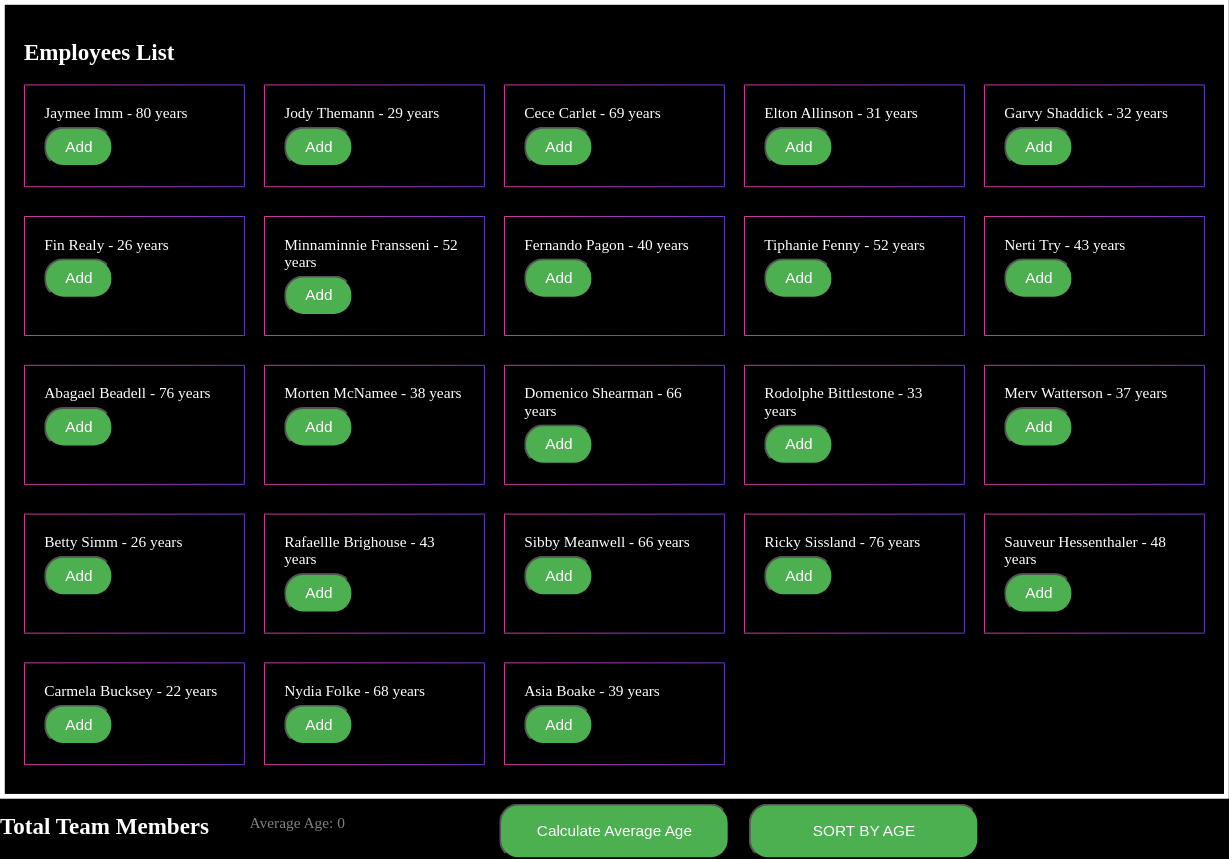
Repository: sriram1224/Teams-list
Page: /
An editor plug-in stored every save of this project. The page is shown before and after the next save, followed by the edit.
The browser window is 1280 px wide. The pictures show the whole page, at 96% of full size.
The project was rebuilt for these pictures with package versions that can differ from the ones it lists, and the page was loaded fresh each time.

Above is the page before, as saved 2024-03-27 00:18:33.

### src/index.css
body {
  margin: 0;
 background-color: black;
 color : white;
}

code {
  font-family: source-code-pro, Menlo, Monaco, Consolas, 'Courier New',
    monospace;
}

### src/App.js
import Main from "./main";
import React from 'react';

function App() {
  return (
    <div >
      <Main />
    </div>
  );
}

export default App;

### src/main.jsx
import React, { useReducer } from 'react';
import EmployeesList from './EmloyeesList';
import TotalEmployees from './TotalEmployees';

const employees = [
  {"id":1,"first_name":"Jaymee","last_name":"Imm","email":"jimm0@craigslist.org","gender":"Genderqueer","age":80},
{"id":2,"first_name":"Jody","last_name":"Themann","email":"jthemann1@skyrock.com","gender":"Agender","age":29},
{"id":3,"first_name":"Cece","last_name":"Carlet","email":"ccarlet2@jalbum.net","gender":"Male","age":69},
{"id":4,"first_name":"Elton","last_name":"Allinson","email":"eallinson3@jugem.jp","gender":"Male","age":31},
{"id":5,"first_name":"Garvy","last_name":"Shaddick","email":"gshaddick4@rediff.com","gender":"Male","age":32},
{"id":6,"first_name":"Fin","last_name":"Realy","email":"frealy5@unc.edu","gender":"Male","age":26},
{"id":7,"first_name":"Minnaminnie","last_name":"Fransseni","email":"mfransseni6@aboutads.info","gender":"Agender","age":52},
{"id":8,"first_name":"Fernando","last_name":"Pagon","email":"fpagon7@blogs.com","gender":"Male","age":40},
{"id":9,"first_name":"Tiphanie","last_name":"Fenny","email":"tfenny8@sakura.ne.jp","gender":"Female","age":52},
{"id":10,"first_name":"Nerti","last_name":"Try","email":"ntry9@shareasale.com","gender":"Female","age":43},
{"id":11,"first_name":"Abagael","last_name":"Beadell","email":"abeadella@unc.edu","gender":"Female","age":76},
{"id":12,"first_name":"Morten","last_name":"McNamee","email":"mmcnameeb@sun.com","gender":"Male","age":38},
{"id":13,"first_name":"Domenico","last_name":"Shearman","email":"dshearmanc@seesaa.net","gender":"Male","age":66},
{"id":14,"first_name":"Rodolphe","last_name":"Bittlestone","email":"rbittlestoned@51.la","gender":"Male","age":33},
{"id":15,"first_name":"Merv","last_name":"Watterson","email":"mwattersone@storify.com","gender":"Male","age":37},
{"id":16,"first_name":"Betty","last_name":"Simm","email":"bsimmf@engadget.com","gender":"Female","age":26},
{"id":17,"first_name":"Rafaellle","last_name":"Brighouse","email":"rbrighouseg@vinaora.com","gender":"Male","age":43},
{"id":18,"first_name":"Sibby","last_name":"Meanwell","email":"smeanwellh@independent.co.uk","gender":"Female","age":66},
{"id":19,"first_name":"Ricky","last_name":"Sissland","email":"rsisslandi@google.it","gender":"Male","age":76},
{"id":20,"first_name":"Sauveur","last_name":"Hessenthaler","email":"shessenthalerj@ocn.ne.jp","gender":"Male","age":48},
{"id":21,"first_name":"Carmela","last_name":"Bucksey","email":"cbuckseyk@acquirethisname.com","gender":"Female","age":22},
{"id":22,"first_name":"Nydia","last_name":"Folke","email":"nfolkel@disqus.com","gender":"Female","age":68},
{"id":23,"first_name":"Asia","last_name":"Boake","email":"aboakem@1und1.de","gender":"Female","age":39}
];
  // Your employee data goes here

function Main() {
  const [state, dispatch] = useReducer(reducer, { employees: employees, team: [] });

  function reducer(state, action) {
    switch(action.type) {
      case 'ADD':
        return {
          ...state,
          employees: state.employees.map(emp => emp.id === action.payload.id ? { ...emp, added: true } : emp),
          team: [...state.team, action.payload]
        };
      case 'DELETE':
        return {
          ...state,
          employees: state.employees.map(emp => emp.id === action.payload.id ? { ...emp, added: false } : emp),
          team: state.team.filter(emp => emp.id !== action.payload.id)
        };
      case 'Calculate_Average':
        const totalAge = state.team.reduce((acc, emp) => acc + emp.age, 0);
        const averageAge = totalAge / state.team.length || 0;
        return {
          ...state,
          averageAge
        };
      case 'sort':
        return {
          ...state,
          team: state.team.sort((a, b) => a.age - b.age),
        };
      default:
        return state;
    }
  }

  return (
    <div>
      <EmployeesList employees={state.employees} dispatch={dispatch} />
      <TotalEmployees team={state.team} dispatch={dispatch} />
    </div>
  );
}

export default Main;

### src/EmloyeesList.jsx
import React from 'react'
import './list.css';

const EmployeesList = ({ employees, dispatch }) => {
    return (
        <div className="employees-list">
            <h1 className="header">Employees List</h1>
            <div className="employlist-main">

            {employees && employees.map(emp => (
                <div key={emp.id} className="employee-item">
                    <span className={emp.added ? "gray-text" : "white-text"}>
                        <p className="employee-info">{emp.first_name} {emp.last_name} - { emp.age} years</p>
                    </span>
                    {!emp.added && (
                        <button className="add-button" onClick={() => dispatch({ type: 'ADD', payload: emp })}>Add</button>
                    )}
                </div>
            ))}
        </div></div>
    );
}
export default EmployeesList;

### src/TotalEmployees.jsx

import './teamlist.css';
const TotalEmployees = ({ team, dispatch }) => {
    const averageAge = team.reduce((total, emp) => total + emp.age, 0) / team.length;

    return (
        <div className="employeelist-main">
            <h1 className="header">Total Team Members</h1>
            {team && team.map(emp => (
                <div key={emp.id} className="employee-item">
                    <span className="employee-info">
                        <p>{emp.first_name} {emp.last_name} - {emp.age} years</p>
                    </span>
                    {!emp.added && (
                        <button className="remove-button" onClick={() => dispatch({ type: 'DELETE', payload: emp })}>Remove</button>
                    )}
                </div>
            ))}
            <p className="average-age">Average Age: {team.length > 0 ? averageAge : 0}</p>
            <button className="average-button" onClick={() => dispatch({ type: "Calculate_Average" })}>
                Calculate Average Age
            </button>
            <button className="sort-button" onClick={() => dispatch({ type: "sort" })}>
                SORT BY AGE
            </button>
        </div>
    );
}

export default TotalEmployees;

### src/list.css
.employees-list {
    padding: 20px;
    border: 10px solid;
    border-image-slice: 1;
    border-width: 5px;
}

.header {
    font-size: 24px;
    margin-bottom: 20px;
}

.employee-item {
    margin-bottom: 10px;
    padding: 20px;
        border: 4px solid;
        border-image-slice: 1;
        border-width: 1px;
        color: white;
}

.employee-info {
    margin: 0;
}
.employlist-main{
    display: grid;
        grid-template-columns: repeat(auto-fill, minmax(200px, 1fr));
        grid-gap: 20px;

}

.add-button {
    background-color: #4CAF50;
    /* Green */
    border-radius:20px;
    color: white;
    padding: 10px 20px;
    text-align: center;
    text-decoration: none;

    font-size: 16px;
    margin-top: 5px;
    cursor: pointer;
}

.gray-text {
    color: gray;
}

.white-text {
    color: rgb(255, 255, 255);
}



.employee-item {
    border-image-source: linear-gradient(to left, #743ad5, #d53a9d);
}

### src/teamlist.css
.employeelist-main {
    display: grid;
    grid-template-columns: repeat(auto-fill, minmax(200px, 1fr));
    grid-gap: 20px;
}

.header {
    font-size: 24px;
    margin-bottom: 20px;
}

.employee-item {
    margin-bottom: 10px;
    padding: 20px;
    border: 4px solid;
    border-image-slice: 1;
    border-width: 1px;
    color: white;
    border-image-source: linear-gradient(to left, #743ad5, #d53a9d);
}

.employee-info {
    margin: 0;
}

.average-button,
.sort-button {
    background-color: #4CAF50;
    border-radius: 20px;
    color: white;
    padding: 10px 20px;
    text-align: center;
    text-decoration: none;
    font-size: 16px;
    margin-top: 5px;
    cursor: pointer;
}

.average-age {
    color: gray;
}

Loaded but not shown: public/index.html (common file); src/index.js (common file); src/reportWebVitals.js (common file)

After the next save:
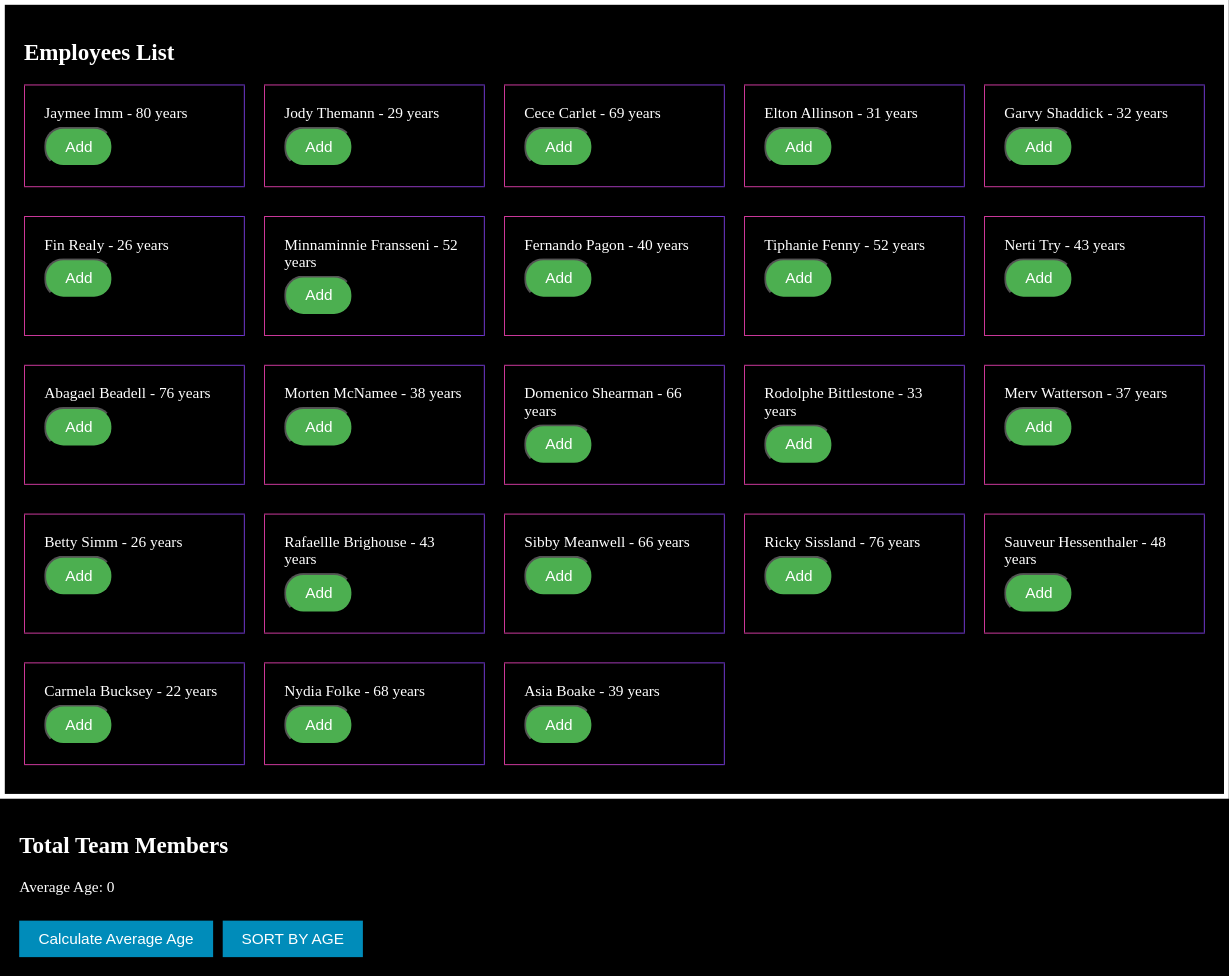
Saved 3 min 2 s later.
--- a/src/teamlist.css
+++ b/src/teamlist.css
@@ -1,7 +1,5 @@
 .employeelist-main {
-    display: grid;
-    grid-template-columns: repeat(auto-fill, minmax(200px, 1fr));
-    grid-gap: 20px;
+    padding: 20px;
 }
 
 .header {
@@ -19,23 +17,40 @@
     border-image-source: linear-gradient(to left, #743ad5, #d53a9d);
 }
 
-.employee-info {
+.employee-info p {
     margin: 0;
 }
 
-.average-button,
-.sort-button {
-    background-color: #4CAF50;
-    border-radius: 20px;
+.remove-button {
+    background-color: #f44336;
+    /* Red */
+    border: none;
     color: white;
     padding: 10px 20px;
     text-align: center;
     text-decoration: none;
+    display: inline-block;
     font-size: 16px;
     margin-top: 5px;
     cursor: pointer;
 }
 
 .average-age {
-    color: gray;
+    margin-top: 20px;
 }
+
+.average-button,
+.sort-button {
+    background-color: #008CBA;
+    /* Blue */
+    border: none;
+    color: white;
+    padding: 10px 20px;
+    text-align: center;
+    text-decoration: none;
+    display: inline-block;
+    font-size: 16px;
+    margin-top: 10px;
+    margin-right: 10px;
+    cursor: pointer;
+}
